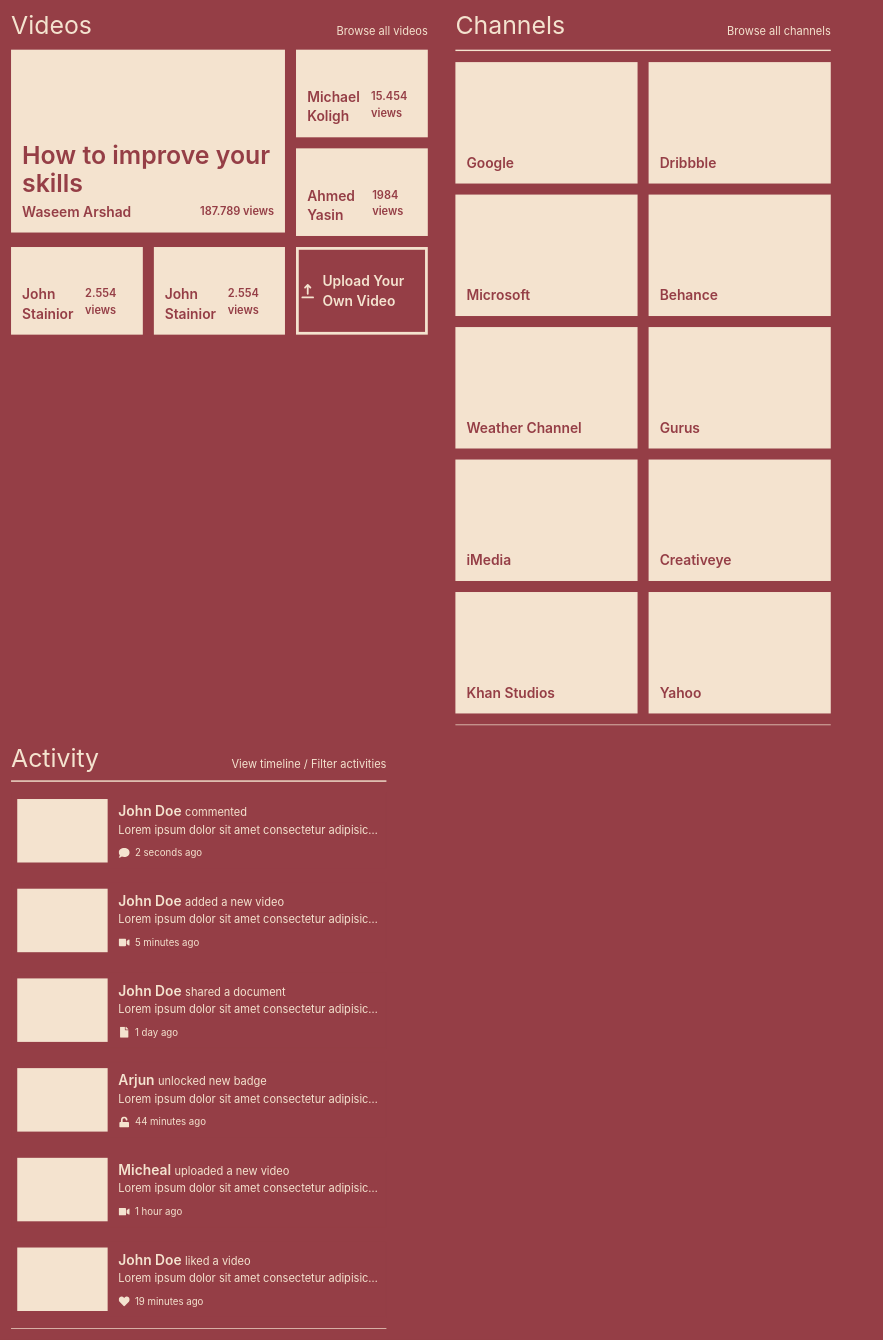
Repository: farrelmuhammad/test-salt
Page: /
An editor plug-in stored every save of this project. The page is shown before and after the next save, followed by the edit.
The browser window is 1280 px wide. The pictures show the whole page, at 69% of full size.
The project was rebuilt for these pictures with package versions that can differ from the ones it lists, and the page was loaded fresh each time. Also part of the build but not shown: src/App.css.

Above is the page before, as saved 2022-11-21 16:52:25.

### src/index.css
@tailwind base;
@tailwind components;
@tailwind utilities;

body {
  margin: 0;
  font-family: -apple-system, BlinkMacSystemFont, "Segoe UI", "Roboto", "Oxygen", "Ubuntu", "Cantarell", "Fira Sans", "Droid Sans", "Helvetica Neue", sans-serif;
  -webkit-font-smoothing: antialiased;
  -moz-osx-font-smoothing: grayscale;
  background-color: #953e46;
}

code {
  font-family: source-code-pro, Menlo, Monaco, Consolas, "Courier New", monospace;
}

@layer components {
  .box-text {
    @apply bg-[#F4E3CF] aspect-[3/2] text-[#953e46] p-4;
  }

  .card {
    @apply flex flex-row border border-[#953e46] p-2;
  }

  .hr-top {
    @apply h-[2px] bg-[#F4E3CF] border-none mb-4;
  }

  .hr-bottom {
    @apply h-[1px] bg-[#F4E3CF] border-none my-4;
  }
}

### src/App.js
import logo from "./logo.svg";
import "./App.css";
import Box from "./components/Box";
import Channels from "./components/Channels";
import Activity from "./components/Activity";

function App() {
  return (
    <>
      <div class="grid grid-cols-2 gap-2">
        <div>
          <Box />
        </div>
        <div>
          <Channels />
        </div>
      </div>
      <Activity />
    </>
  );
}

export default App;

### src/components/Box.jsx
import React from "react";
import { HiUpload } from "react-icons/hi";

const Box = () => {
  return (
    <>
      <section className="container">
        <div className="flex items-end justify-between py-4">
          <h1 className="text-4xl text-[#F4E3CF]">Videos</h1>
          <a href="" className="text-base text-[#F4E3CF]">
            Browse all videos
          </a>
        </div>

        <div class="grid grid-cols-3 gap-4">
          <div class="col-span-2 row-span-2 box-text flex flex-col justify-end">
            <h2 className="text-4xl font-semibold mb-2">How to improve your skills</h2>
            <div className="flex justify-between">
              <h4 className="text-xl font-semibold">Waseem Arshad</h4>

              <p className="text-base font-semibold">187.789 views</p>
            </div>
          </div>

          <div class="box-text flex flex-col justify-end">
            <div className="flex justify-between">
              <h4 className="text-xl font-semibold">Michael Koligh</h4>

              <p className="text-base font-semibold">15.454 views</p>
            </div>
          </div>

          <div class="box-text flex flex-col justify-end">
            <div className="flex justify-between">
              <h4 className="text-xl font-semibold">Ahmed Yasin</h4>

              <p className="text-base font-semibold">1984 views</p>
            </div>
          </div>

          <div class="box-text flex flex-col justify-end">
            <div className="flex justify-between">
              <h4 className="text-xl font-semibold">John Stainior</h4>

              <p className="text-base font-semibold">2.554 views</p>
            </div>
          </div>

          <div class="box-text flex flex-col justify-end">
            <div className="flex justify-between">
              <h4 className="text-xl font-semibold">John Stainior</h4>

              <p className="text-base font-semibold">2.554 views</p>
            </div>
          </div>

          <div class="border-4 border-[#F4E3CF] text-[#F4E3CF] flex items-center justify-center">
            <HiUpload className="rounded-full w-10 h-10 mr-2" /> <h2 className="text-xl font-semibold">Upload Your Own Video</h2>
          </div>
        </div>
      </section>
    </>
  );
};

export default Box;

### src/components/Channels.jsx
import React from "react";

const Channels = () => {
  return (
    <>
      <section className="container max-w-xl">
        <div className="flex items-end justify-between py-4">
          <h1 className="text-4xl text-[#F4E3CF]">Channels</h1>
          <a href="" className="text-base text-[#F4E3CF]">
            Browse all channels
          </a>
        </div>

        <hr className="hr-top" />

        <div class="grid grid-cols-2 gap-4 ">
          <div class="box-text text-xl font-semibold flex items-end">Google</div>
          <div class="box-text text-xl font-semibold flex items-end">Dribbble</div>
          <div class="box-text text-xl font-semibold flex items-end">Microsoft</div>
          <div class="box-text text-xl font-semibold flex items-end">Behance</div>
          <div class="box-text text-xl font-semibold flex items-end">Weather Channel</div>
          <div class="box-text text-xl font-semibold flex items-end">Gurus</div>
          <div class="box-text text-xl font-semibold flex items-end">iMedia</div>
          <div class="box-text text-xl font-semibold flex items-end">Creativeye</div>
          <div class="box-text text-xl font-semibold flex items-end">Khan Studios</div>
          <div class="box-text text-xl font-semibold flex items-end">Yahoo</div>
        </div>

        <hr className="hr-bottom" />
      </section>
    </>
  );
};

export default Channels;

### src/components/Activity.jsx
import React from "react";
import { FaComment, FaVideo, FaUnlock, FaHeart, FaFile } from "react-icons/fa";

const Activity = () => {
  return (
    <>
      <section className="container max-w-xl">
        <div className="flex items-end justify-between py-3">
          <h1 className="text-4xl text-[#F4E3CF]">Activity</h1>
          <a href="" className="text-base text-[#F4E3CF]">
            View timeline / Filter activities
          </a>
        </div>

        <hr className="hr-top" />

        <div class="flex flex-col space-y-5">
          <div class="card hover:border-[#F4E3CF]">
            <div className="w-48 bg-[#F4E3CF]"></div>

            <div class="py-1 pl-4 truncate text-[#F4E3CF]">
              <h5 class="text-xl font-semibold">
                John Doe <span className="text-base font-normal">commented</span>
              </h5>
              <p class="text-base mb-3 truncate">Lorem ipsum dolor sit amet consectetur adipisicing elit. Ratione, similique!</p>
              <p class="text-sm flex items-center">
                <FaComment className="w-4 h-4 mr-2" />2 seconds ago
              </p>
            </div>
          </div>

          <div class="card hover:border-[#F4E3CF]">
            <div className="w-48 bg-[#F4E3CF]"></div>

            <div class="py-1 pl-4 truncate text-[#F4E3CF]">
              <h5 class="text-xl font-semibold">
                John Doe <span className="text-base font-normal">added a new video</span>
              </h5>
              <p class="text-base mb-3 truncate">Lorem ipsum dolor sit amet consectetur adipisicing elit. Ratione, similique!</p>
              <p class="text-sm flex items-center">
                <FaVideo className="w-4 h-4 mr-2" />5 minutes ago
              </p>
            </div>
          </div>

          <div class="card hover:border-[#F4E3CF]">
            <div className="w-48 bg-[#F4E3CF]"></div>

            <div class="py-1 pl-4 truncate text-[#F4E3CF]">
              <h5 class="text-xl font-semibold">
                John Doe <span className="text-base font-normal">shared a document</span>
              </h5>
              <p class="text-base mb-3 truncate">Lorem ipsum dolor sit amet consectetur adipisicing elit. Ratione, similique!</p>
              <p class="text-sm flex items-center">
                <FaFile className="w-4 h-4 mr-2" />1 day ago
              </p>
            </div>
          </div>

          <div class="card hover:border-[#F4E3CF]">
            <div className="w-48 bg-[#F4E3CF]"></div>

            <div class="py-1 pl-4 truncate text-[#F4E3CF]">
              <h5 class="text-xl font-semibold">
                Arjun <span className="text-base font-normal">unlocked new badge</span>
              </h5>
              <p class="text-base mb-3 truncate">Lorem ipsum dolor sit amet consectetur adipisicing elit. Ratione, similique!</p>
              <p class="text-sm flex items-center">
                <FaUnlock className="w-4 h-4 mr-2" />
                44 minutes ago
              </p>
            </div>
          </div>

          <div class="card hover:border-[#F4E3CF]">
            <div className="w-48 bg-[#F4E3CF]"></div>

            <div class="py-1 pl-4 truncate text-[#F4E3CF]">
              <h5 class="text-xl font-semibold">
                Micheal <span className="text-base font-normal">uploaded a new video</span>
              </h5>
              <p class="text-base mb-3 truncate">Lorem ipsum dolor sit amet consectetur adipisicing elit. Ratione, similique!</p>
              <p class="text-sm flex items-center">
                <FaVideo className="w-4 h-4 mr-2" />1 hour ago
              </p>
            </div>
          </div>

          <div class="card hover:border-[#F4E3CF]">
            <div className="w-48 bg-[#F4E3CF]"></div>

            <div class="py-1 pl-4 truncate text-[#F4E3CF]">
              <h5 class="text-xl font-semibold">
                John Doe <span className="text-base font-normal">liked a video</span>
              </h5>
              <p class="text-base mb-3 truncate">Lorem ipsum dolor sit amet consectetur adipisicing elit. Ratione, similique!</p>
              <p class="text-sm flex items-center">
                <FaHeart className="w-4 h-4 mr-2" />
                19 minutes ago
              </p>
            </div>
          </div>
        </div>

        <hr className="hr-bottom" />
      </section>
    </>
  );
};

export default Activity;

### tailwind.config.js
/** @type {import('tailwindcss').Config} */
module.exports = {
  content: ["./src/**/*.{js,jsx,ts,tsx}"],
  theme: {
    container: {
      padding: "16px",
    },
    extend: {
      screens: {
        sm: "640px",
        md: "768px",
        lg: "1024px",
        xl: "1280px",
        "2xl": "1320px",
      },
    },
  },
  plugins: [],
};

Loaded but not shown: public/index.html (common file); src/index.js (common file); src/reportWebVitals.js (common file)

After the next save:
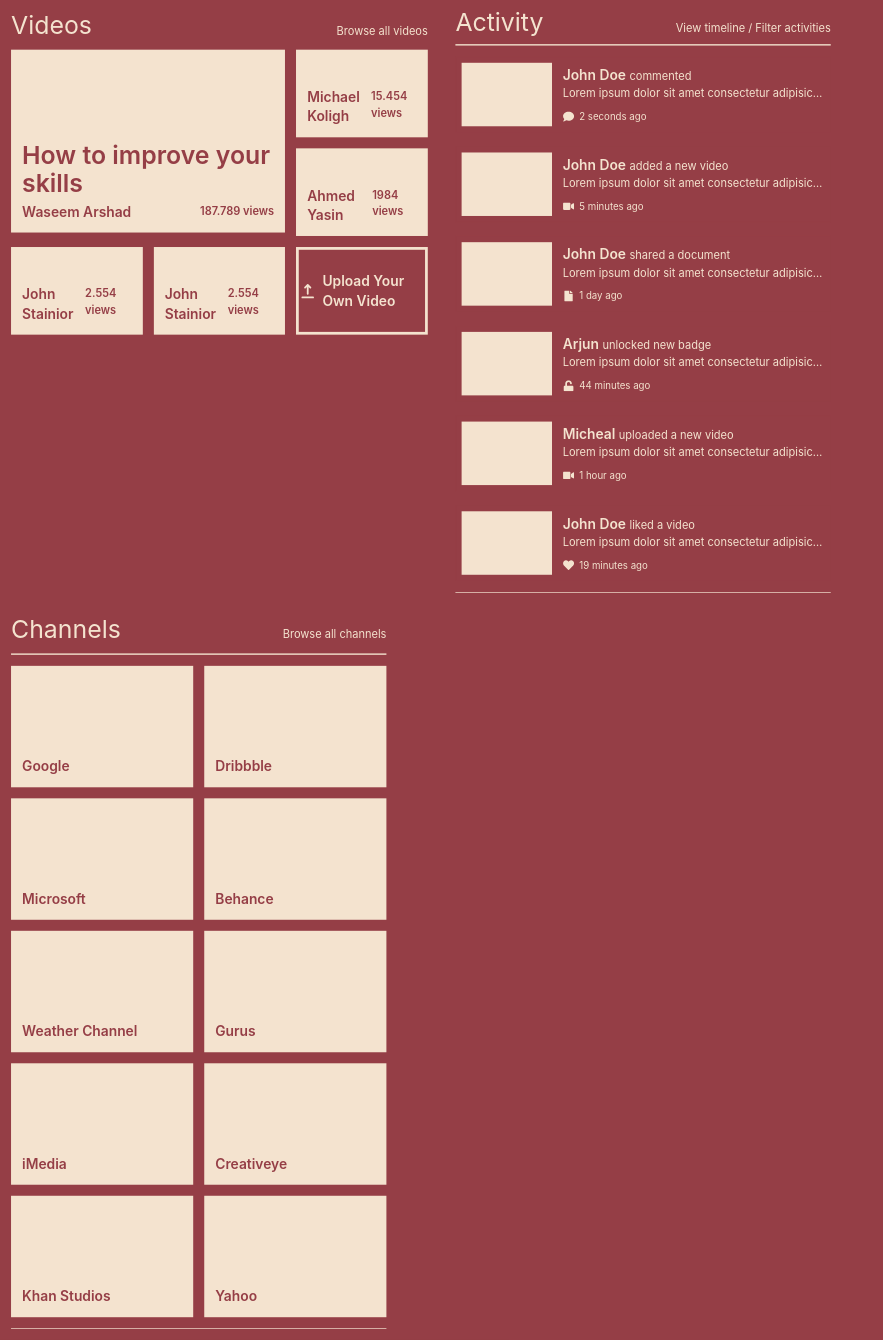
Saved 12 s later.
--- a/src/App.js
+++ b/src/App.js
@@ -12,10 +12,10 @@ function App() {
           <Box />
         </div>
         <div>
-          <Channels />
+          <Activity />
         </div>
       </div>
-      <Activity />
+      <Channels />
     </>
   );
 }
